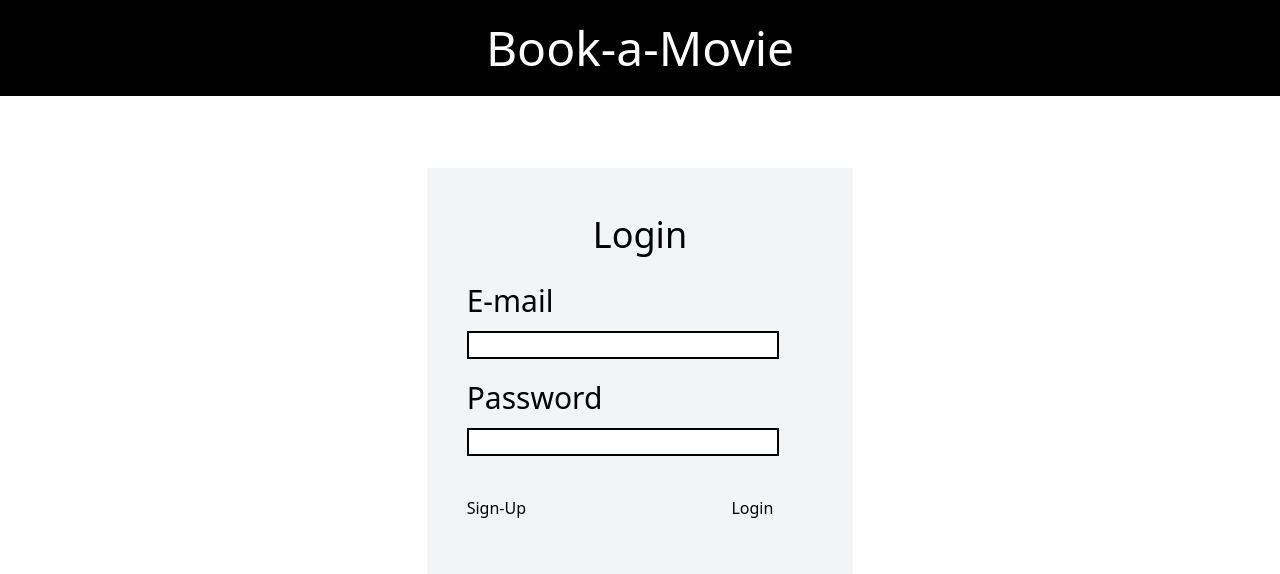
Repository: BhumilModi/movie-booking-app-assignment
Page: /
These files come from the project's save history. The page is drawn as it stood at one moment and after the next save; the edit follows.
The browser window is 1280 px wide. The pictures show the whole page.
The project was rebuilt for these pictures with package versions that can differ from the ones it lists, and the page was loaded fresh each time. Also part of the build but not shown: src/App.css.

Above is the page before, as saved 2022-11-29 18:17:24.

After the next save:
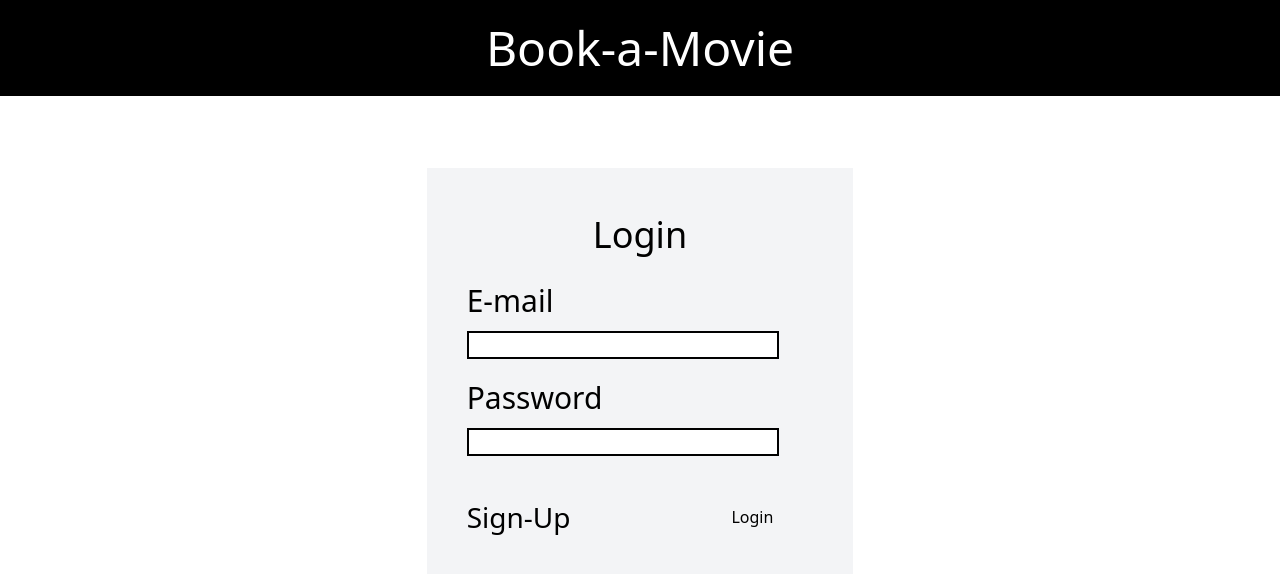
Saved 23 s later.
--- a/src/components/Login.jsx
+++ b/src/components/Login.jsx
@@ -12,7 +12,7 @@ function Login() {
         <div className="text-[30px] mt-4 mb-2">Password</div>
         <input type="password" className="w-[90%] border-2 border-black" />
         <div className="flex justify-between items-center mt-10 mr-10">
-          <p>Sign-Up</p>
+          <p className="text-[28px]">Sign-Up</p>
           <button>Login</button>
         </div>
       </div>
